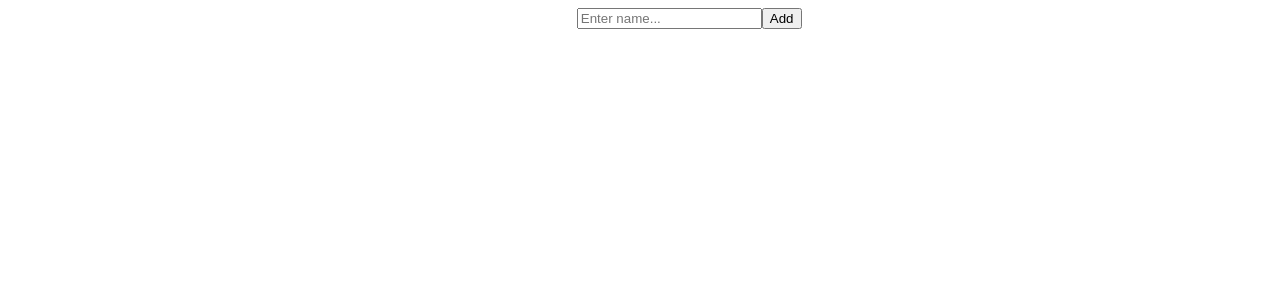
Repository: dohuuxuyen/redux-todolist
Page: /
The author's editor kept a copy of each file at every save. The page is drawn from the files as they stood at one save, then again after the next save.
The browser window is 1280 px wide. The pictures show the whole page.
The project was rebuilt for these pictures with package versions that can differ from the ones it lists, and the page was loaded fresh each time. Also part of the build but not shown: src/App.css.

Above is the page before, as saved 2022-04-30 13:57:47.

After the next save:
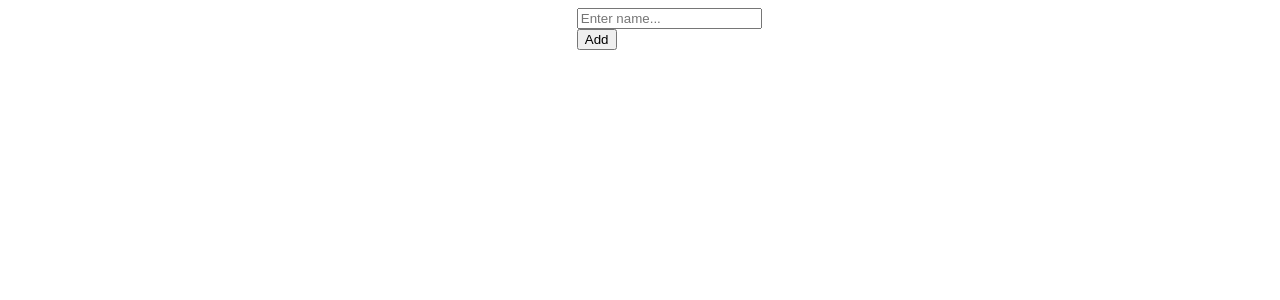
Saved 34 s later.
--- a/src/components/Todos/Todos.jsx
+++ b/src/components/Todos/Todos.jsx
@@ -25,7 +25,7 @@
     dispatch(deleteTodos(index));
   };
   return (
-    <div style={{ width: "500px", marginLeft: "45%" }}>
+    <div style={{ width: "200px", marginLeft: "45%" }}>
       <input
         ref={refTodoInput}
         value={todoInput}

After the 2 saves that followed:
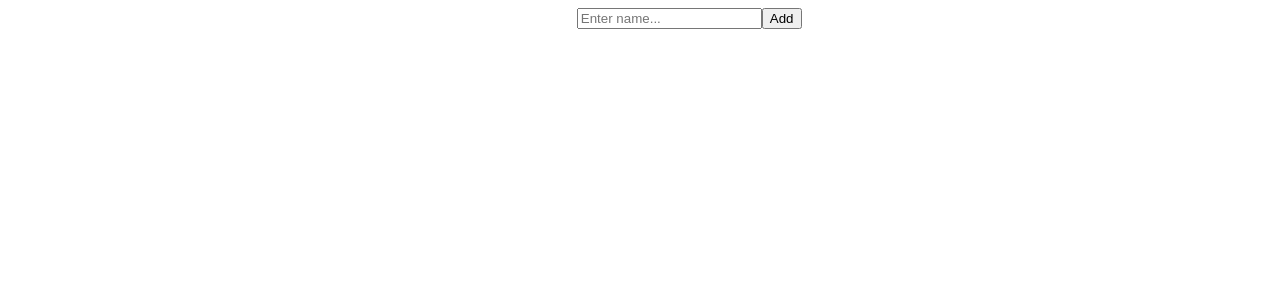
The 2 saves are shown as one change because 1 left the picture as it was.
The last was saved 40 s later.
--- a/src/components/Todos/Todos.jsx
+++ b/src/components/Todos/Todos.jsx
@@ -25,7 +25,7 @@
     dispatch(deleteTodos(index));
   };
   return (
-    <div style={{ width: "200px", marginLeft: "45%" }}>
+    <div style={{ width: "300px", marginLeft: "45%" }}>
       <input
         ref={refTodoInput}
         value={todoInput}
@@ -34,7 +34,7 @@
         onChange={handleTodoInputChange}
       />
       <button onClick={handleAdd}>Add</button>
-      <ul style={{ width: "300px", paddingLeft: 0 }}>
+      <ul style={{ width: "400px", paddingLeft: 0 }}>
         {todos.map((todo, index) => (
           <li style={{ display: "flex" }} key={index}>
             <p style={{ flex: "1" }}>- {todo}</p>
